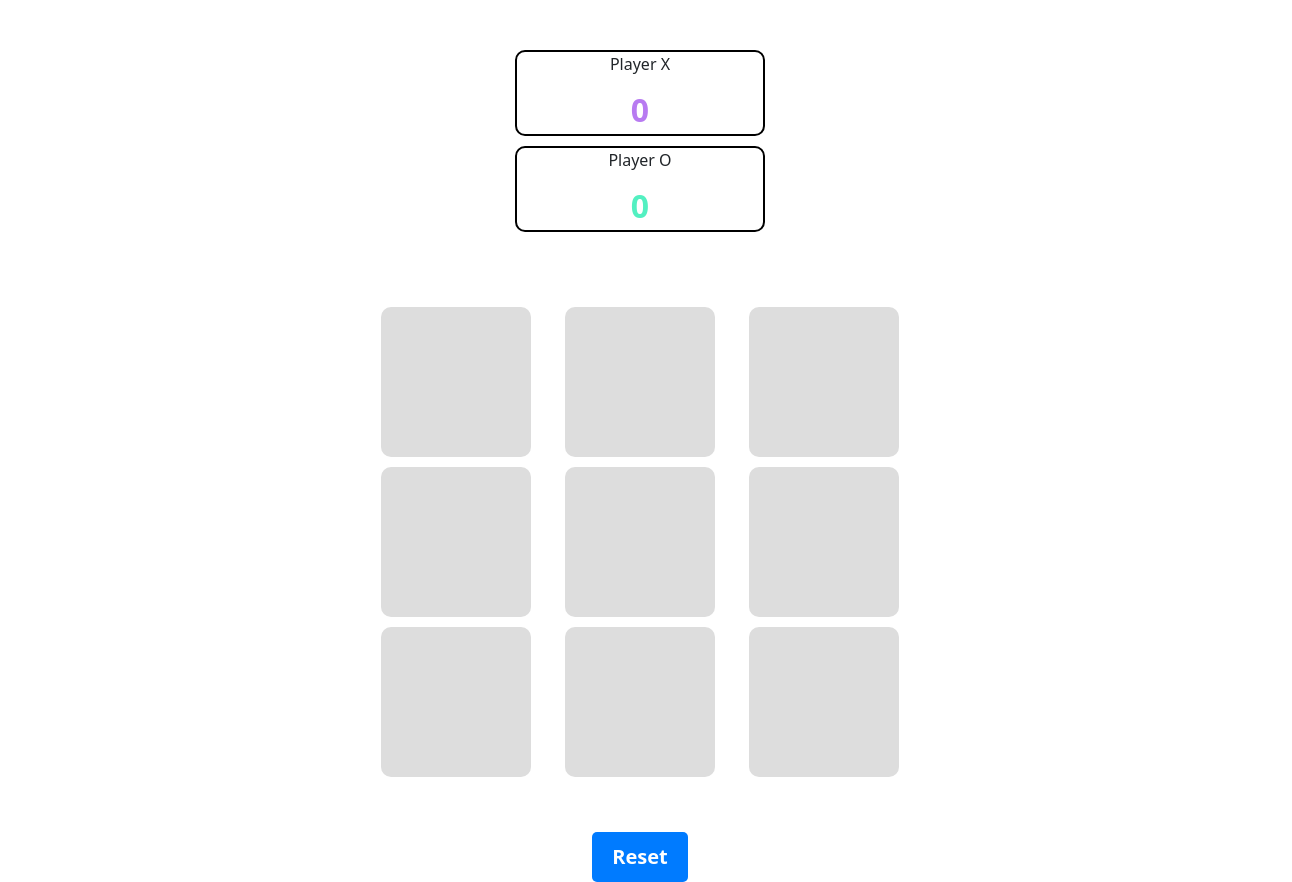
Repository: woodsdeshe/Tic-Tac-Toe
Page: index.html
The author's editor kept a copy of each file at every save. The page is drawn from the files as they stood at one save, then again after the next save.
The browser window is 1280 px wide. The page is 1292 px wide, so the pictures cover 1292 px, including what lies to the right of the window. The pictures show the whole page.

Above is the page before, as saved 2023-03-31 21:13:57.

After the next save:
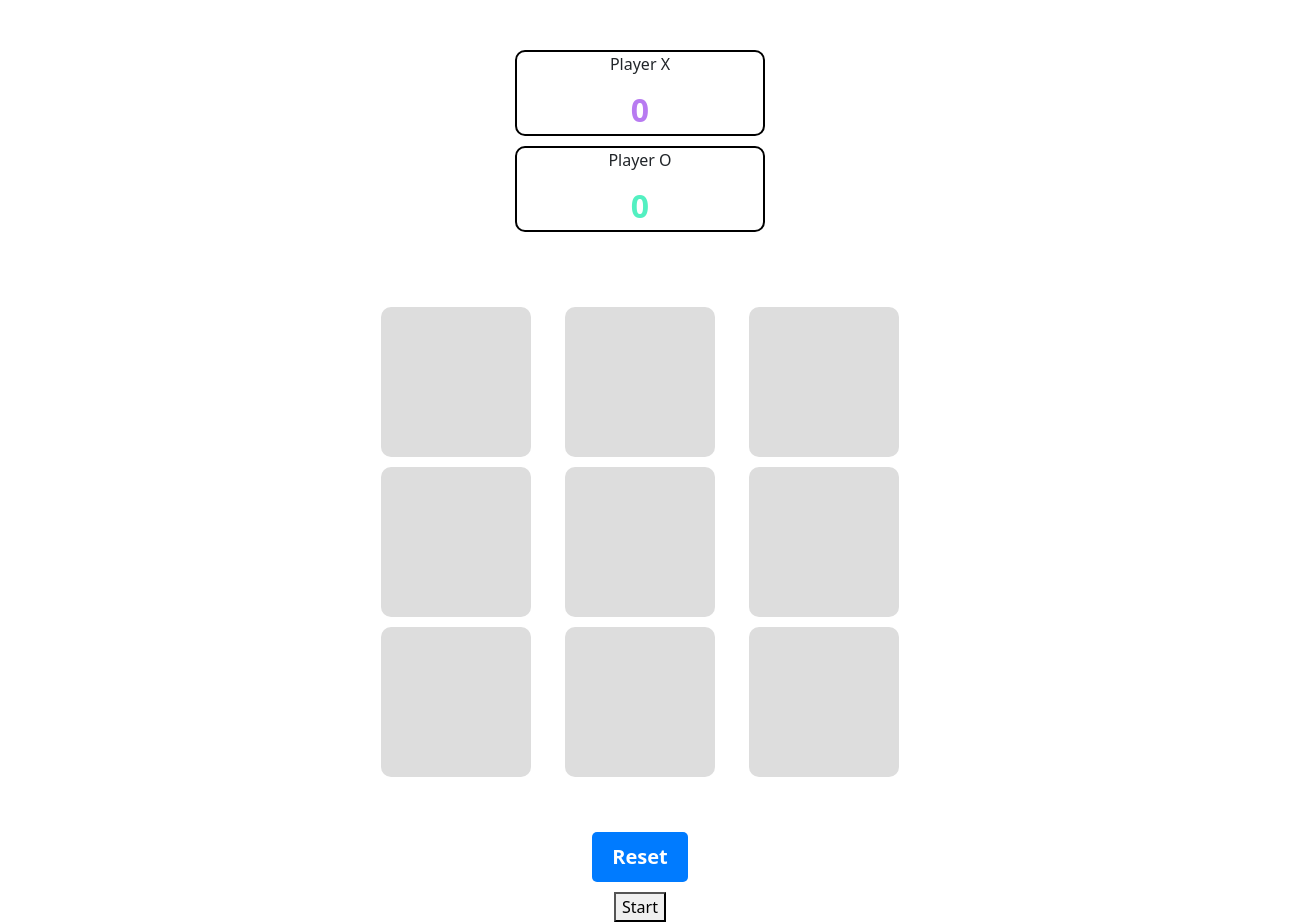
Saved 4 s later.
--- a/index.html
+++ b/index.html
@@ -67,6 +67,9 @@
           <div class="reset">
             <button class="reset-btn">Reset</button>
           </div>
+          <div class="start">
+            <button class="startBtn">Start</button>
+          </div>
         </div>
 
       </div>
